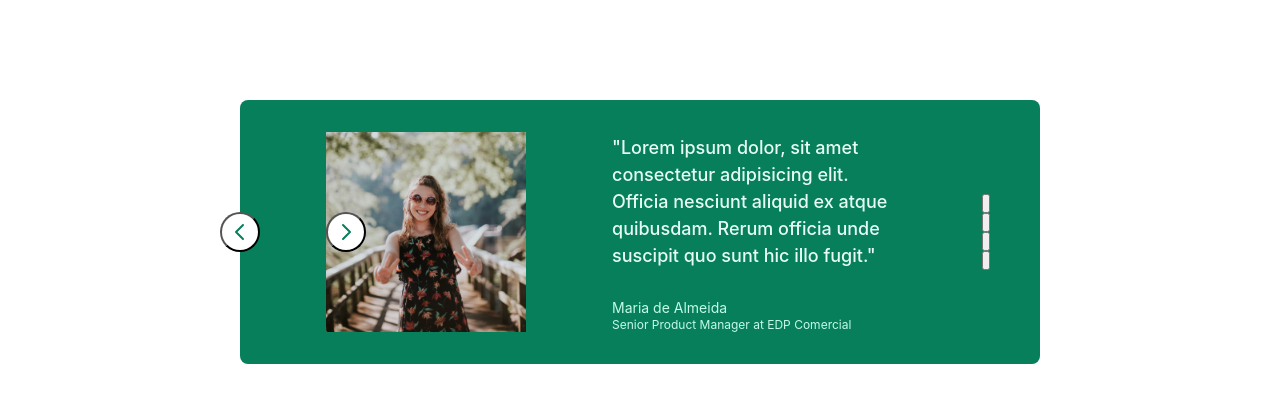
Repository: nghiakma/HTML-CSS-Fundamental
Page: Component_LayoutPatterns/carousel.html
These files come from the project's save history. The page is drawn as it stood at one moment and after a run of saves; the edit follows.
The browser window is 1280 px wide. The pictures show the whole page.

Above is the page before, as saved 2023-08-26 11:47:55.

### Component_LayoutPatterns/carousel.html
<!DOCTYPE html>
<html lang="en">

<head>
  <meta charset="UTF-8">
  <meta name="viewport" content="width=device-width, initial-scale=1.0">
  <title>Carousel Component</title>
  <style>
    * {
      margin: 0;
      padding: 0;
      box-sizing: border-box;
    }

    body {
      font-family: "Inter", sans-serif;
      color: #343a40;
      line-height: 1;
    }

    .carousel {
      width: 800px;
      margin: 100px auto;
      background-color: #087f5b;
      /* padding: 32px; */
      /* padding-left: 86px; */
      /* padding-right: 48px; */
      padding: 32px 48px 32px 86px;

      border-radius: 8px;
      position: relative;

      display: flex;
      align-items: center;
      gap: 86px;
    }

    img {
      height: 200px;

    }

    .testimonial-text {
      font-size: 18px;
      font-weight: 500;
      line-height: 1.5;
      margin-bottom: 32px;
      color: #e6fcf5;
    }

    .testimonial-author {
      font-size: 14px;
      margin-bottom: 4px;
      color: #c3fae8;
    }

    .testimonial-job {
      font-size: 12px;
      color: #c3fae8;
    }

    .btn {
      background-color: #fff;

      height: 40px;
      width: 40px;
      border-radius: 50%;
      position: absolute;
      cursor: pointer;
      display: flex;
      align-items: center;
      justify-content: center;
    }

    .btn--left {
      left: 0;
      top: 50%;
      transform: translate(-50%, -50%);
    }

    .btn-icon {
      height: 24px;
      width: 24px;
      stroke: #087f5b;
    }

    /* CONTROLS */
  </style>
</head>

<body>
  <div class="carousel">
    <img src="maria.jpg" alt="Maria de Almeida" />
    <blockquote class="testimonial">
      <p class="testimonial-text">
        "Lorem ipsum dolor, sit amet consectetur adipisicing elit. Officia
        nesciunt aliquid ex atque quibusdam. Rerum officia unde suscipit quo
        sunt hic illo fugit."
      </p>
      <p class="testimonial-author">Maria de Almeida</p>
      <p class="testimonial-job">Senior Product Manager at EDP Comercial</p>
    </blockquote>

    <button class="btn btn--left">
      <svg xmlns="http://www.w3.org/2000/svg" class="btn-icon" fill="none" viewBox="0 0 24 24" stroke="currentColor">
        <path stroke-linecap="round" stroke-linejoin="round" stroke-width="2" d="M15 19l-7-7 7-7" />
      </svg>
    </button>
    <button class="btn btn--right">
      <svg xmlns="http://www.w3.org/2000/svg" class="btn-icon" fill="none" viewBox="0 0 24 24" stroke="currentColor">
        <path stroke-linecap="round" stroke-linejoin="round" stroke-width="2" d="M9 5l7 7-7 7" />
      </svg>
    </button>
    <div class="dots">
      <button class="dot dot--fill">&nbsp;</button>
      <button class="dot">&nbsp;</button>
      <button class="dot">&nbsp;</button>
      <button class="dot">&nbsp;</button>
    </div>
  </div>
</body>

</html>

After the next 2 saves:
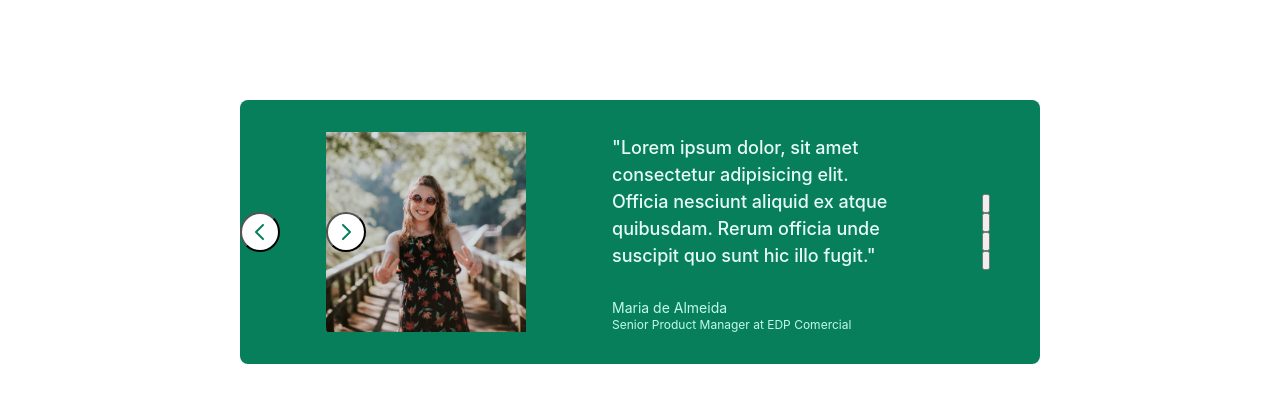
The 2 saves are shown as one change because they came seconds apart.
The last was saved 17 s later.
--- a/Component_LayoutPatterns/carousel.html
+++ b/Component_LayoutPatterns/carousel.html
@@ -74,8 +74,8 @@
 
     .btn--left {
       left: 0;
-      top: 50%;
-      transform: translate(-50%, -50%);
+
+
     }
 
     .btn-icon {
